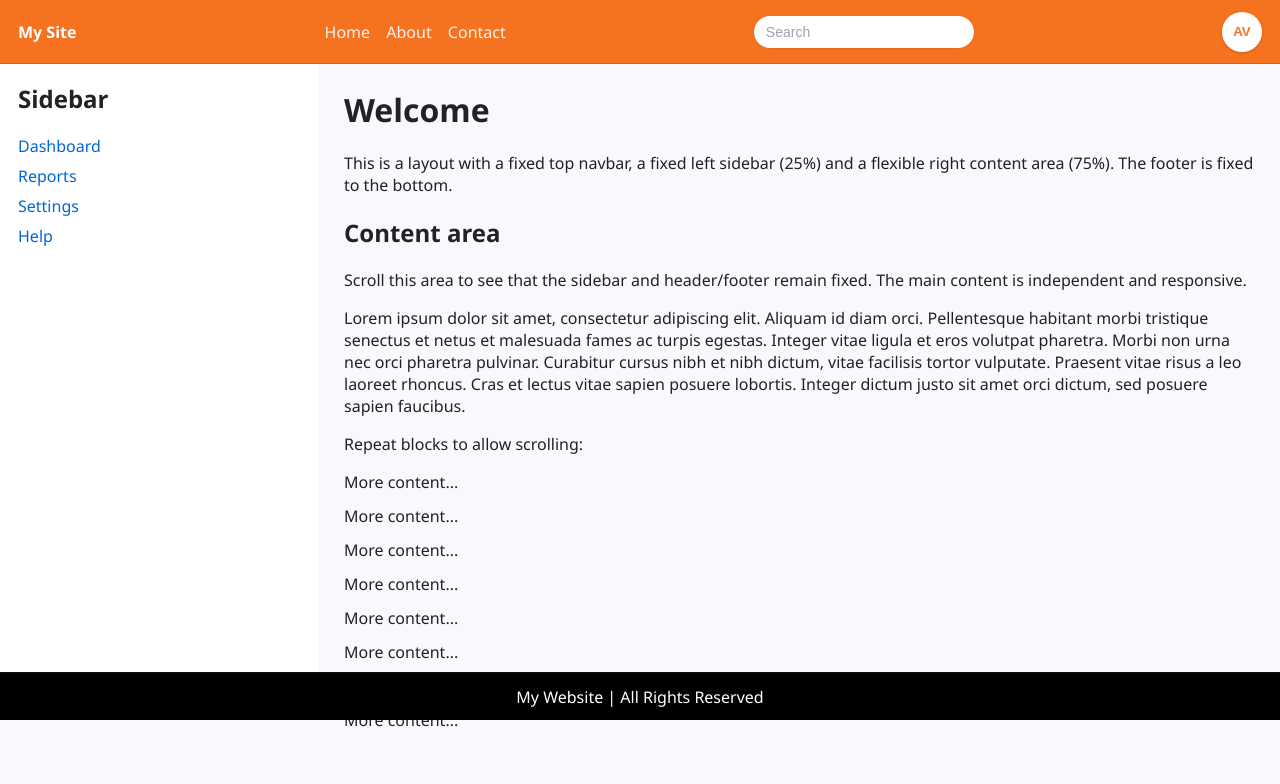
Repository: AdityaTech-Pro/FullStackWithBridgelabz
Page: Assignment8/WebPageWithFixedNavbarAndFooter/index.html
An editor plug-in stored every save of this project. The page is shown before and after the next save, followed by the edit.
The browser window is 1280 px wide. The pictures show the whole page.

Above is the page before, as saved 2025-11-05 09:31:40.

After the next save:
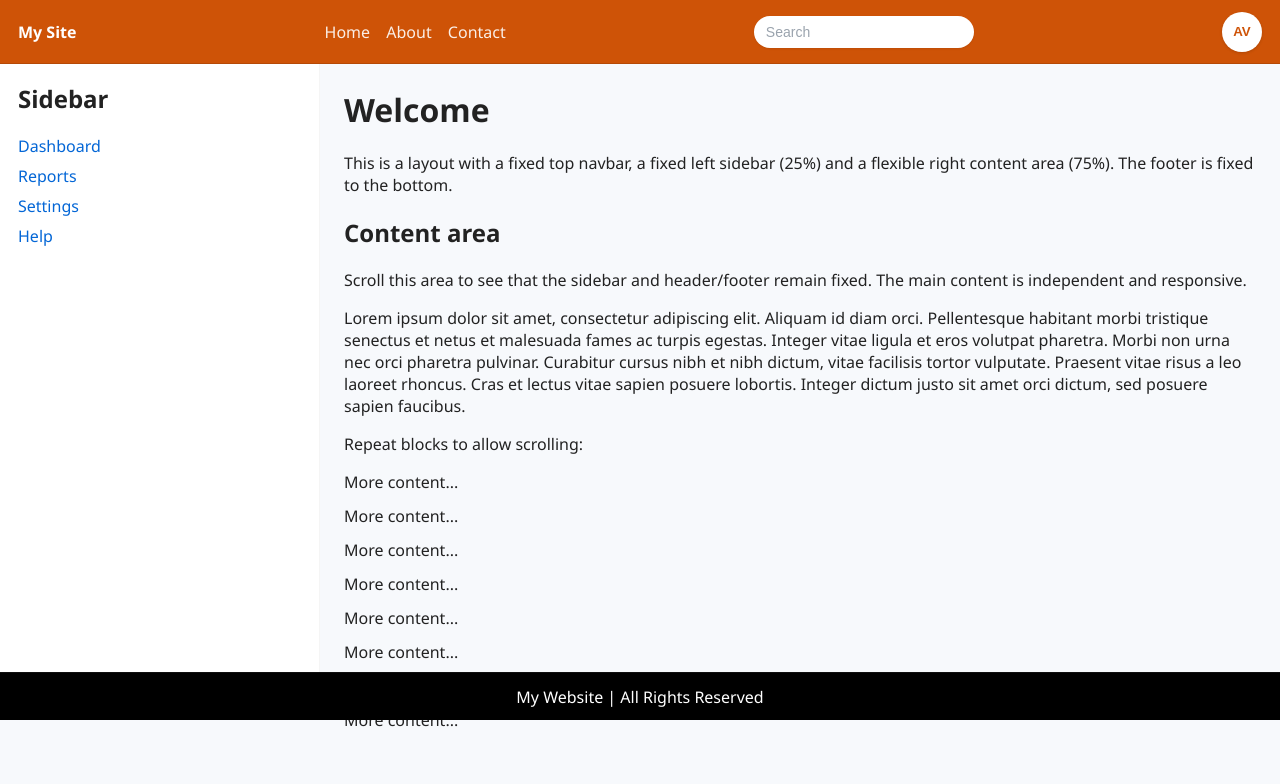
Saved 5 s later.
--- a/Assignment8/WebPageWithFixedNavbarAndFooter/styles.css
+++ b/Assignment8/WebPageWithFixedNavbarAndFooter/styles.css
@@ -5,7 +5,7 @@
   --gap: 16px;
   --bg: #f7f9fc;
   --accent: #0366d6;
-  --header-bg: #f57220ff; /* coffee brown */
+  --header-bg: #ce5307ff; /* coffee brown */
   --header-text: #ffffff;
   --footer-bg: #000000;
   --footer-text: #ffffff;

After the save that followed:
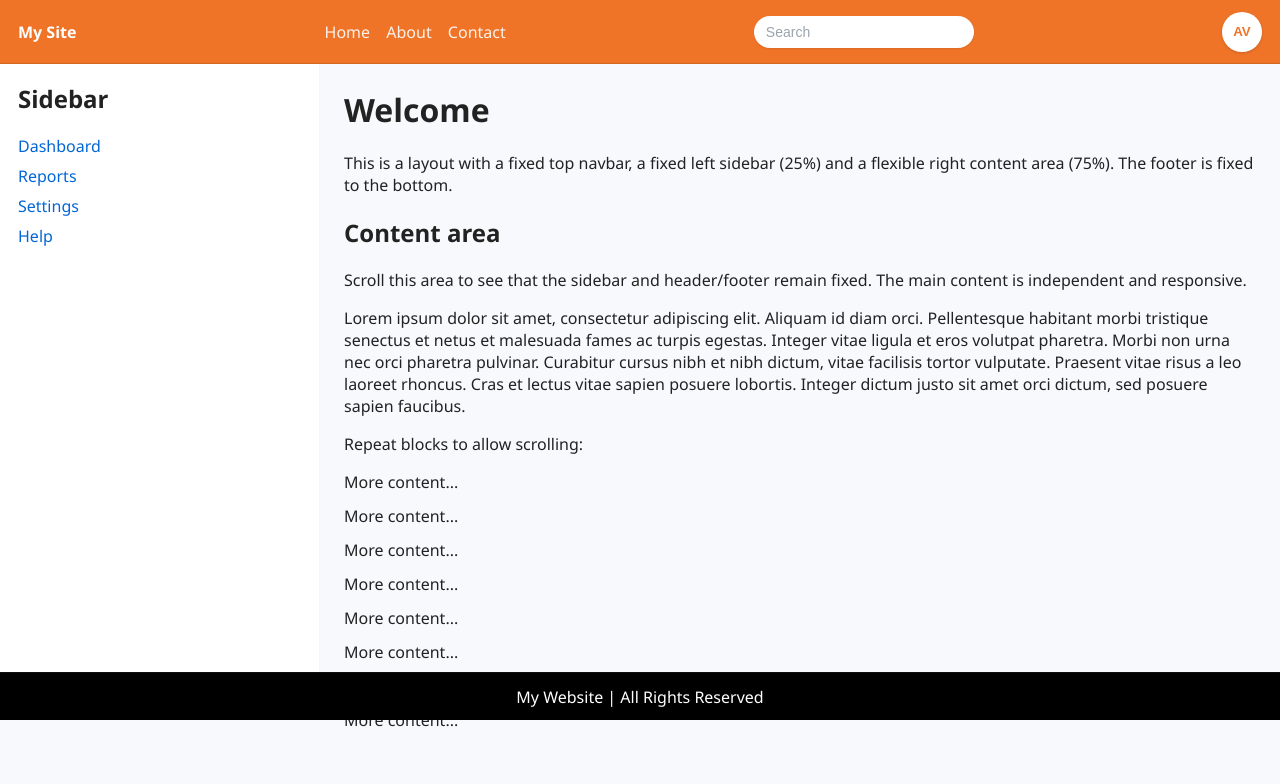
Saved 11 s later.
--- a/Assignment8/WebPageWithFixedNavbarAndFooter/styles.css
+++ b/Assignment8/WebPageWithFixedNavbarAndFooter/styles.css
@@ -5,7 +5,7 @@
   --gap: 16px;
   --bg: #f7f9fc;
   --accent: #0366d6;
-  --header-bg: #ce5307ff; /* coffee brown */
+  --header-bg: #ef7428ff; /* coffee brown */
   --header-text: #ffffff;
   --footer-bg: #000000;
   --footer-text: #ffffff;
